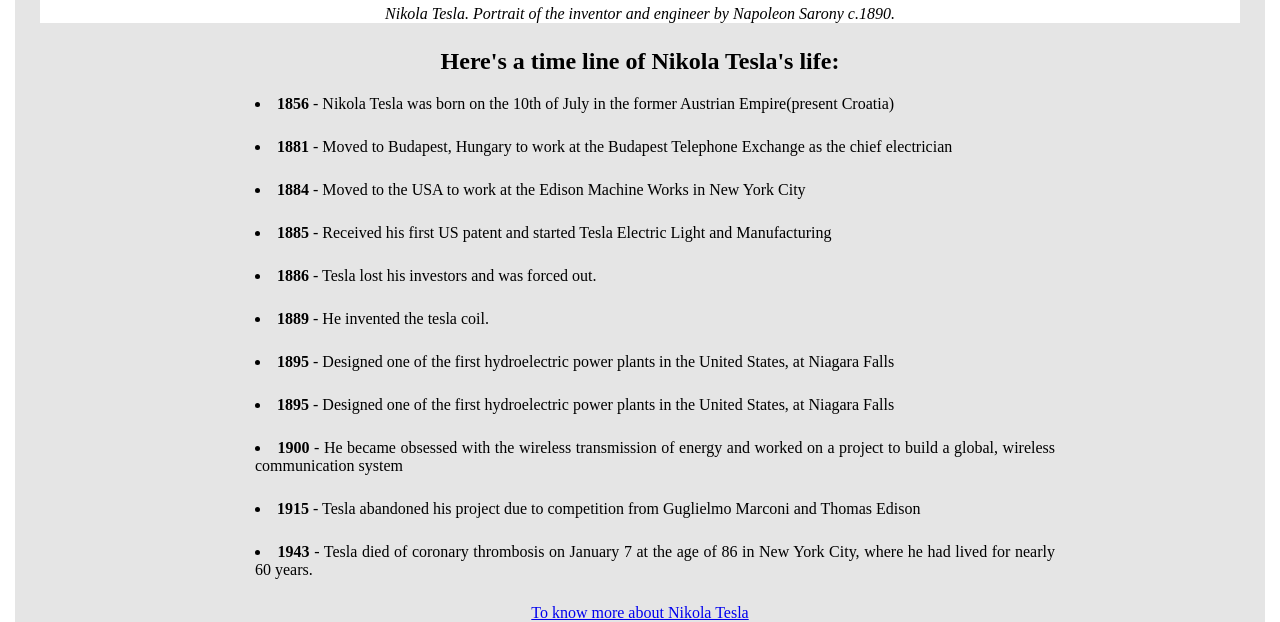
Repository: Avishka217/Tribute-Page
Page: index.html
An editor plug-in stored every save of this project. The page is shown before and after the next save, followed by the edit.
The browser window is 1280 px wide. The pictures show the part of the page from y = 576 to 1198 px (the page is 1198 px tall before and 1155 px after).
A picture or video elsewhere on the page could not be fetched, so the positions and the page height are approximate.

Above is the page before, as saved 2020-03-18 18:25:35.

### index.html
<!DOCTYPE html>
<html>

<head>
    <link rel="stylesheet" href="styles.css">
    <link href="https://fonts.googleapis.com/css?family=Libre+Baskerville&display=swap" rel="stylesheet">
    <title>Nikola Tesla | Tribute Page</title>
</head>

<body>
    <div id="header">
        <script src="https://cdn.freecodecamp.org/testable-projects-fcc/v1/bundle.js"></script>
    </div>
    <main id="main">
        <div id="title-content">
            <h1 id="title">NIKOLA TESLA</h1>
            <p>The genius who lit the world</p>
        </div>
        <div id="main-content">
            <figure id="img-div">
                <center><img id="image" src="https://www.hands-free.co.uk/wp-content/uploads/2018/06/nikola-tesla.jpg">
                </center>
                <figcaption id="img-caption">Nikola Tesla. Portrait of the inventor and engineer by Napoleon Sarony
                    c.1890.</figcaption>
            </figure>

        </div>
        <div id="tribute-info">
            <h2>Here's a time line of Nikola Tesla's life:</h2>

            <ul>
                <li><b>1856</b> - Nikola Tesla was born on the 10th of July in the former Austrian Empire(present
                    Croatia)</li>
                <li><b>1881</b> - Moved to Budapest, Hungary to work at the Budapest Telephone Exchange as the chief
                    electrician</li>
                <li><b>1884</b> - Moved to the USA to work at the Edison Machine Works in New York City</li>
                <li><b>1885</b> - Received his first US patent and started Tesla Electric Light and Manufacturing</li>
                <li><b>1886</b> - Tesla lost his investors and was forced out.</li>
                <li><b>1889</b> - He invented the tesla coil.</li>
                <li><b>1895</b> - Designed one of the first hydroelectric power plants in the United States, at Niagara
                    Falls</li>
                <li><b>1895</b> - Designed one of the first hydroelectric power plants in the United States, at Niagara
                    Falls</li>
                <li><b>1900</b> - He became obsessed with the wireless transmission of energy and worked on a project to
                    build a global, wireless communication system</li>
                <li><b>1915</b> - Tesla abandoned his project due to competition from Guglielmo Marconi and Thomas
                    Edison</li>
                <li><b>1943</b> - Tesla died of coronary thrombosis on January 7 at the age of 86 in New York City,
                    where he had lived for nearly 60 years. </li>
            </ul>
            <a id="tribute-link" target="_blank" href="https://en.wikipedia.org/wiki/Nikola_Tesla">To know more about
                Nikola Tesla</a>
        </div>
    </main>

</body>

</html>

### styles.css
body{
  overflow-x: hidden;
  margin: 0 auto;
  width: 100%;
}
#header{
width: 100%;
  background-color:hsl(240, 80%, 8%);
  height: 60px;


}

#main{
  display: block;

  position: absolute;
  right: 0;
  left: 0;
  margin: 0px 15px;
  padding-top: 10px;
  background-color: rgb(0, 0, 0, 0.1);
  text-align: center;

}

#title-content{
  padding-top:  25px;
  text-align: center;
}
#title-content p{
  font-family: Helvetica, sans-serif
}
#main-content{
  padding-top: 30px;
  margin: 25px;
  background-color:white;
}

#title{
  position: relative;
  font-family:'Libre Baskerville', serif;
  font-size: 30px;
  text-align: center;
  margin-top: 15px;;

}


#image{
  display: block;
  max-width: 100%;
  height: auto;
  margin-bottom: 25px;

}
@media(min-width: 525px){
  #image{
    width:400px;
  }
}

#img-caption{
  text-align: center;
  font-style: italic;
}



#tribute-info{

  display: block;
  width: 100%;
  position: relative;
  text-align: center;
  list-style-position: inside;



}

#tribute-info ul{

  padding-right: 10px;;
  width:800px;
  margin: auto;
  text-align: justify;

}
@media(max-width: 800px){
  #tribute-info  ul{
    width:auto;
  }
}
#tribute-info  li{


  margin-bottom: 25px;
}

After the next save:
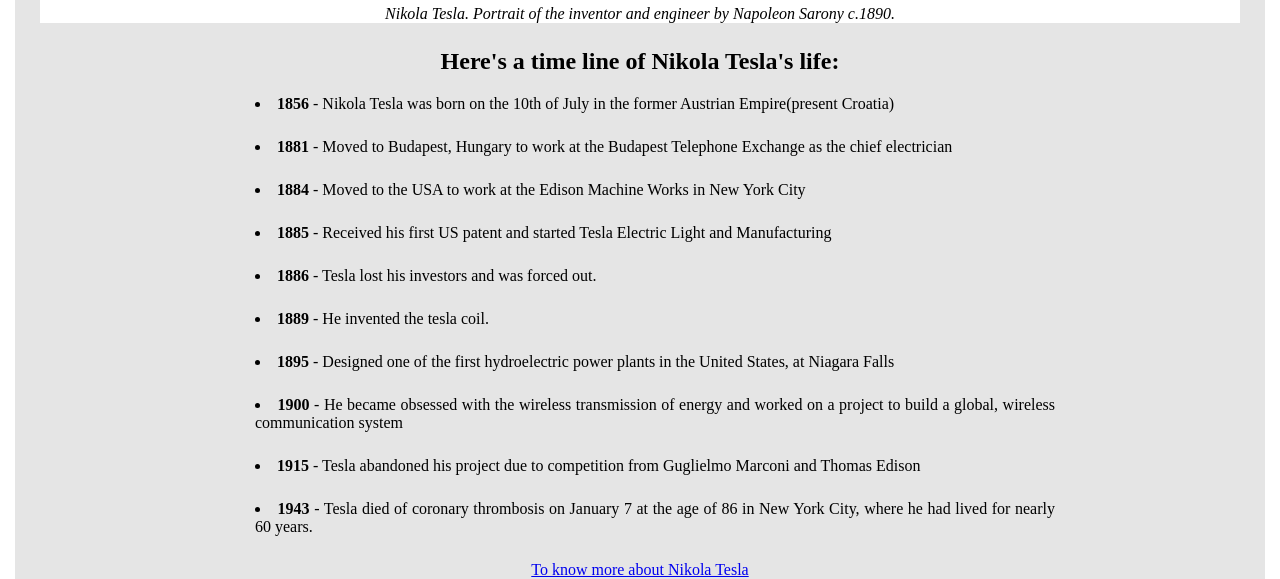
Saved 10 min 39 s later.
--- a/index.html
+++ b/index.html
@@ -39,8 +39,6 @@
                 <li><b>1889</b> - He invented the tesla coil.</li>
                 <li><b>1895</b> - Designed one of the first hydroelectric power plants in the United States, at Niagara
                     Falls</li>
-                <li><b>1895</b> - Designed one of the first hydroelectric power plants in the United States, at Niagara
-                    Falls</li>
                 <li><b>1900</b> - He became obsessed with the wireless transmission of energy and worked on a project to
                     build a global, wireless communication system</li>
                 <li><b>1915</b> - Tesla abandoned his project due to competition from Guglielmo Marconi and Thomas
